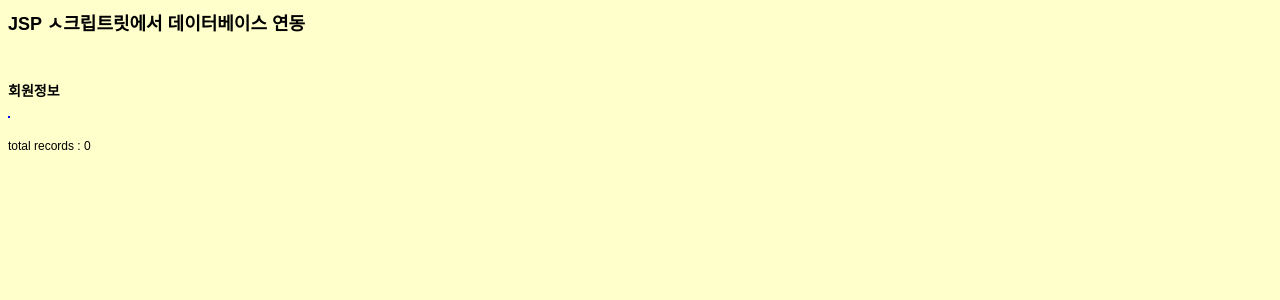
Repository: sgnq008-tech/JSP
Page: http://localhost/WebProject/jdbc/usingJDBC.jsp
The author's editor kept a copy of each file at every save. The page is drawn from the files as they stood at one save, then again after the next save.
The browser window is 1280 px wide. The pictures show the whole page.
The page is served by Tomcat 9. Other server files are loaded and not shown. Queries for data that is not in the repository find no rows.

Above is the page before, as saved 2026-09-14 01:52:44.

### jsp_workspace/WebProject/src/main/webapp/jdbc/usingJDBC.jsp
<%@page import="org.apache.jasper.tagplugins.jstl.core.Catch"%>
<%@ page language="java" contentType="text/html; charset=UTF-8"
    pageEncoding="UTF-8" import="java.sql.*"%>
<%
 Class.forName("oracle.jdbc.driver.OracleDriver");
Connection con = null;
Statement stmt = null;
ResultSet rs = null;

String id = "",
passwd ="",
name="",
mem_num1="",
mem_num2="",
e_mail="",
phone="",
zipcode="",
address="",
job="";

int counter=0;


try {
	con = DriverManager.getConnection("jdbc:oracle:thin:@localhost:1521:orcl","scott", "tiger");
	stmt = con.createStatement();
	String sql="select * from tempmember";

	rs = stmt.executeQuery(sql);
	%>

<!DOCTYPE html>
<html>
<head>
<meta charset="UTF-8">
<title>JSP에서 데이터베이스 연동</title>
<link href="style.css" rel="stylesheet" type="text/css">
</head>
<body bgcolor="#ffffcc">
<h2>JSP ㅅ크립트릿에서 데이터베이스 연동</h2><br>
<h3>회원정보</h3>
<table bordercolor="#0000ff" border="1">

</table>
<br>
total records : <%=counter %>

<%}catch(SQLException ss){
	ss.printStackTrace();
}catch(Exception ee){
	ee.printStackTrace();
}finally {
	if(rs != null)
		try {
			rs.close();
		}catch(SQLException s){
			s.printStackTrace();
		}

	if(rs != null)
		try {
			rs.close();
		}catch(SQLException s){
			s.printStackTrace();
		}

	if(rs != null)
		try {
			rs.close();
		}catch(SQLException s){
			s.printStackTrace();
		}
}
%>

</body>
</html>

### jsp_workspace/WebProject/src/main/webapp/jdbc/style.css
@charset "UTF-8";
body {
	font-size: 9pt;
	color: black;
	line-height: 160%;
	font-family: sans-serif;
}

td {
	font-size: 9pt;
	color: black;
	line-height: 160%;
	font-family: sans-serif;
}

select {
	font-size: 9pt;
	color: black;
	line-height: 160%;
	font-family: sans-serif;
}

div {
	font-size: 9pt;
	color: black;
	line-height: 160%;
	font-family: sans-serif;
}

form {
	font-size: 9pt;
	color: black;
	line-height: 160%;
	font-family: sans-serif;
}

textarea {
	border-right: 1px solid #999999;
	border-top: 1px solid #999999;
	border-left: 1px solid #999999;
	border-bottom: 1px solid #999999;
	font-family: sans-serif;
	background-color: white;
}

input {
	border-right: 1px solid #999999;
	border-top: 1px solid #999999;
	border-left: 1px solid #999999;
	border-bottom: 1px solid #999999;
	font-family: sans-serif;
	background-color: white;
}

a:link{ text-decoration: none; color: #696969;}
a:hover{ text-decoration: yes; color: #66CCFF;}
a:visited{ text-decoration: none; color: #330066;}

After the next save:
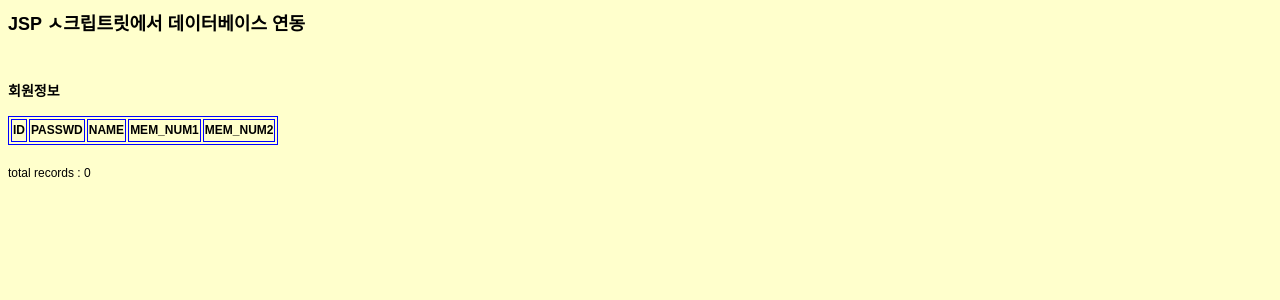
Saved 77 s later.
--- a/jsp_workspace/WebProject/src/main/webapp/jdbc/usingJDBC.jsp
+++ b/jsp_workspace/WebProject/src/main/webapp/jdbc/usingJDBC.jsp
@@ -40,7 +40,13 @@ try {
 <h2>JSP ㅅ크립트릿에서 데이터베이스 연동</h2><br>
 <h3>회원정보</h3>
 <table bordercolor="#0000ff" border="1">
-
+<tr>
+        <td><strong>ID</strong></td>
+        <td><strong>PASSWD</strong></td>
+        <td><strong>NAME</strong></td>
+        <td><strong>MEM_NUM1</strong></td>
+        <td><strong>MEM_NUM2</strong></td>
+</tr>
 </table>
 <br>
 total records : <%=counter %>
